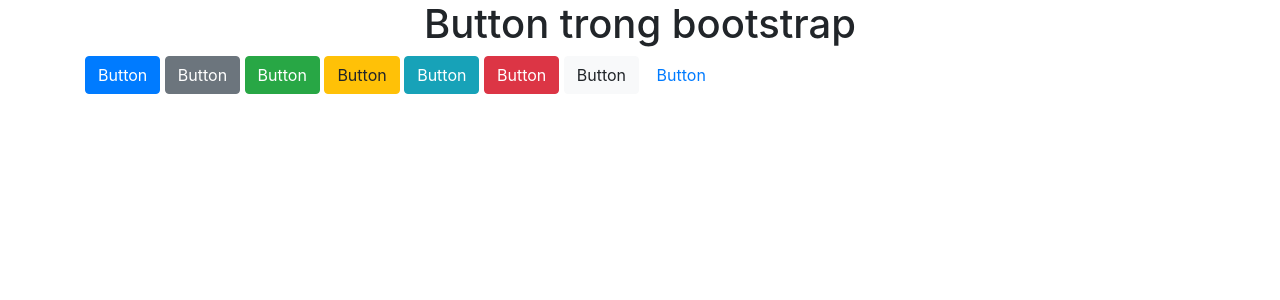
Repository: anhtu2110/front_end
Page: lesson/bootstrap/advance/5.1button.html
An editor plug-in stored every save of this project. The page is shown before and after the next save, followed by the edit.
The browser window is 1280 px wide. The pictures show the whole page.

Above is the page before, as saved 2022-12-06 19:38:18.

### lesson/bootstrap/advance/5.1button.html
<!DOCTYPE html>
<html lang="en">
  <head>
    <meta charset="UTF-8" />
    <meta http-equiv="X-UA-Compatible" content="IE=edge" />
    <meta name="viewport" content="width=device-width, initial-scale=1.0" />
    <link rel="stylesheet" href="./bootstrap/css/bootstrap.min.css" />
    <title>Button trong boostrapt</title>
  </head>
  <body>
    <div class="container">
      <div class="row">
        <div class="col-md-12">
          <h1 class="text-center">Button trong bootstrap</h1>
          <button class="btn btn-primary">Button</button>
          <button class="btn btn-secondary">Button</button>
          <button class="btn btn-success">Button</button>
          <button class="btn btn-warning">Button</button>
          <button class="btn btn-info">Button</button>
          <button class="btn btn-danger">Button</button>
          <button class="btn btn-light">Button</button>
          <button class="btn btn-link">Button</button>
        </div>
      </div>
    </div>
    <script src="js/jquery-3.6.1.min.js"></script>
    <script src="js/popper.min.js"></script>
    <script src="./bootstrap/js/bootstrap.min.js"></script>
  </body>
</html>

Loaded but not shown: lesson/bootstrap/advance/bootstrap/css/bootstrap.min.css (library); lesson/bootstrap/advance/js/jquery-3.6.1.min.js (library); lesson/bootstrap/advance/js/popper.min.js (library); lesson/bootstrap/advance/bootstrap/js/bootstrap.min.js (library)

After the next save:
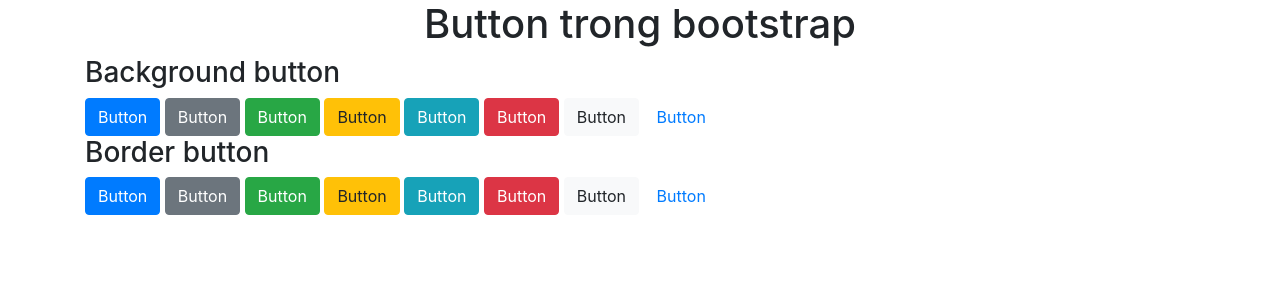
Saved 104 s later.
--- a/lesson/bootstrap/advance/5.1button.html
+++ b/lesson/bootstrap/advance/5.1button.html
@@ -12,6 +12,7 @@
       <div class="row">
         <div class="col-md-12">
           <h1 class="text-center">Button trong bootstrap</h1>
+          <h3>Background button</h3>
           <button class="btn btn-primary">Button</button>
           <button class="btn btn-secondary">Button</button>
           <button class="btn btn-success">Button</button>
@@ -20,6 +21,15 @@
           <button class="btn btn-danger">Button</button>
           <button class="btn btn-light">Button</button>
           <button class="btn btn-link">Button</button>
+          <h3>Border button</h3>
+          <button class="btn btn-outline btn-primary">Button</button>
+          <button class="btn btn-outline btn-secondary">Button</button>
+          <button class="btn btn-outline btn-success">Button</button>
+          <button class="btn btn-outline btn-warning">Button</button>
+          <button class="btn btn-outline btn-info">Button</button>
+          <button class="btn btn-outline btn-danger">Button</button>
+          <button class="btn btn-outline btn-light">Button</button>
+          <button class="btn btn-outline btn-link">Button</button>
         </div>
       </div>
     </div>
